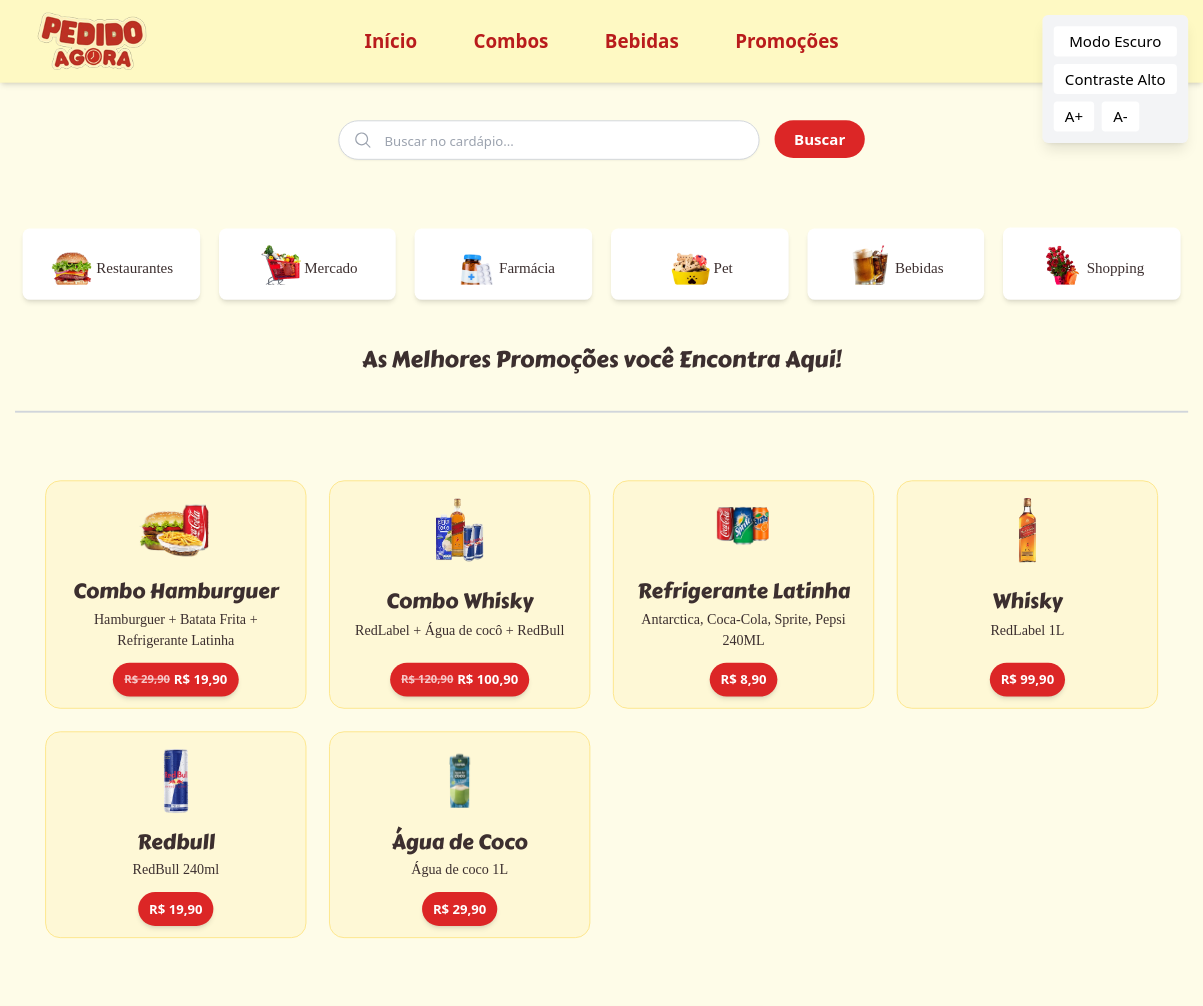
Repository: edufilhocruz/pedidoagora
Page: /pagePromocoes
An editor plug-in stored every save of this project. The page is shown before and after the next save, followed by the edit.
The browser window is 1280 px wide. The pictures show the whole page, at 94% of full size.
Some web fonts or font styles are not loaded; a fallback is used. The project was rebuilt for these pictures with package versions that can differ from the ones it lists, and the page was loaded fresh each time. The framework's server and built-in components were replaced by stand-ins that run in the browser. Also part of the build but not shown: next.config.mjs, src/components/CardsRestaurantes.jsx.

Above is the page before, as saved 2025-06-21 20:54:23.

### src/app/layout.jsx
import "../app/globals.css";
import ThemeAndAccessibility from "../components/ThemeAndAccessibility";

export const metadata = {
  title: "Pedido Agora",
  description: "Faça seu pedido agora!",
};

export default function RootLayout({ children }) {
  return (
    <html lang="pt-BR" suppressHydrationWarning>
      <head>
        <link
          href="https://fonts.googleapis.com/css2?family=Quicksand:wght@400&family=Carter+One&family=RocknRoll+One&family=Paytone+One&family=Inter:wght@400;700&display=swap"
          rel="stylesheet"
        />
      </head>
      <body className="antialiased bg-yellow-50 text-black dark:bg-gray-900 dark:text-white">
        <ThemeAndAccessibility />
        {children}
      </body>
    </html>
  );
}

### src/app/pagePromocoes/page.jsx
'use client';

import PagePromocoes from '../../components/PagePromocoes/PagePromocoes';
import Header from '../../components/Header';

export default function pagePromocoes(){
    return(
        <main>
            <Header/>
            <PagePromocoes/>
        </main>
    )
}

### src/app/globals.css
@import url("https://fonts.googleapis.com/css2?family=Carter+One&family=Inter:wght@500&family=Lisu+Bosa&family=Paytone+One&family=Quicksand:wght@400;500&family=RocknRoll_One&family=Roboto:wght@500;600&family=Squada+One&display=swap");

@tailwind base;
@tailwind components;
@tailwind utilities;

body {
  margin: 0;
  padding: 0;
}

.login {
  background-image: url("/images/background-pattern.png");
  background-repeat: repeat;
  background-color: #eedd97;
  transition: background-color 0.3s, color 0.3s;
}
.cadastroform {
  background-image: url("/images/background-pattern.png");
  background-repeat: repeat;
  background-color: #eedd97;
  transition: background-color 0.3s, color 0.3s;
}
.space-y-50 > * + * {
  margin-top: 50px;
}

/* Outras personalizações, se necessário */
.focus\:outline-none:focus {
  outline: 2px solid transparent;
}

input[type="range"] {
  -webkit-appearance: none;
  appearance: none;
  height: 12px;
  border-radius: 6px;
  outline: none;
}

input[type="range"]::-webkit-slider-thumb {
  -webkit-appearance: none;
  appearance: none;
  width: 36.48px;
  height: 40.54px;
  background: #ef2a39;
  border: 3px solid #ffffff;
  box-shadow: 0px 2px 25px rgba(255, 153, 0, 0.25);
  border-radius: 4px;
  cursor: pointer;
}

input[type="range"]::-moz-range-thumb {
  width: 36.48px;
  height: 40.54px;
  background: #ef2a39;
  border: 3px solid #ffffff;
  box-shadow: 0px 2px 25px rgba(255, 153, 0, 0.25);
  border-radius: 4px;
  cursor: pointer;
}

.no-scrollbar::-webkit-scrollbar {
  display: none;
}

.no-scrollbar {
  -ms-overflow-style: none;
  scrollbar-width: none;
}

### src/components/ThemeAndAccessibility.jsx
'use client';

import { useEffect, useState } from 'react';

export default function ThemeAndAccessibility() {
  const [isDarkMode, setIsDarkMode] = useState(false);
  const [highContrast, setHighContrast] = useState(false);
  const [fontSize, setFontSize] = useState(100); // em %

  const toggleDarkMode = () => {
    const newMode = !isDarkMode;
    setIsDarkMode(newMode);
    document.documentElement.classList.toggle('dark', newMode);
  };

  const toggleHighContrast = () => {
    const newContrast = !highContrast;
    setHighContrast(newContrast);
    document.documentElement.classList.toggle('high-contrast', newContrast);
  };

  const increaseFontSize = () => {
    const newSize = fontSize + 10;
    setFontSize(newSize);
    document.documentElement.style.fontSize = `${newSize}%`;
  };

  const decreaseFontSize = () => {
    const newSize = Math.max(80, fontSize - 10);
    setFontSize(newSize);
    document.documentElement.style.fontSize = `${newSize}%`;
  };

  // Reset para garantir que a fonte seja aplicada na primeira renderização
  useEffect(() => {
    document.documentElement.style.fontSize = `${fontSize}%`;
  }, [fontSize]);

  return (
    <div className="fixed top-4 right-4 z-50 flex flex-col space-y-2 bg-gray-100 dark:bg-gray-800 p-3 rounded-md shadow-lg">
      <button
        onClick={toggleDarkMode}
        className="bg-white dark:bg-gray-700 text-black dark:text-white px-3 py-1 rounded hover:bg-gray-200 dark:hover:bg-gray-600"
      >
        {isDarkMode ? 'Modo Claro' : 'Modo Escuro'}
      </button>
      <button
        onClick={toggleHighContrast}
        className="bg-white dark:bg-gray-700 text-black dark:text-white px-3 py-1 rounded hover:bg-gray-200 dark:hover:bg-gray-600"
      >
        {highContrast ? 'Contraste Normal' : 'Contraste Alto'}
      </button>
      <div className="flex space-x-2">
        <button
          onClick={increaseFontSize}
          className="bg-white dark:bg-gray-700 text-black dark:text-white px-3 py-1 rounded hover:bg-gray-200 dark:hover:bg-gray-600"
        >
          A+
        </button>
        <button
          onClick={decreaseFontSize}
          className="bg-white dark:bg-gray-700 text-black dark:text-white px-3 py-1 rounded hover:bg-gray-200 dark:hover:bg-gray-600"
        >
          A-
        </button>
      </div>
    </div>
  );
}

### src/components/PagePromocoes/PagePromocoes.jsx
import { MagnifyingGlassIcon } from '@heroicons/react/24/solid';
import Cards from '../CardsRestaurantes';
import CardsPromocoes from '../PagePromocoes/CardsPromocoes';
import SideBarHeader from '../SideBarHeader';

export default function PopularItems() {

  return (
    <section className="max-w-7xl mx-auto px-4 py-10">
      {/* Barra de Pesquisa */}
      <div className="flex justify-center mb-8">
        <div className="relative w-full max-w-md">
          <MagnifyingGlassIcon className="absolute left-4 top-1/2 transform -translate-y-1/2 text-gray-400 w-5 h-5" />
          <input
            type="text"
            placeholder="Buscar no cardápio..."
            className="w-full pl-12 pr-4 py-2 rounded-full border border-gray-300 shadow-sm focus:outline-none focus:ring-2 focus:ring-red-400 focus:border-transparent placeholder:text-sm"
          />

        </div>
        <div className='ml-4'>
          <button className=" w-24 bg-red-600 text-white font-semibold py-2 rounded-full hover:bg-red-700 transition-colors">
            Buscar
          </button>
        </div>
      </div>

      <div className="mt-16">
        <SideBarHeader/>
      </div>

      <div className="mt-10">
        <h2 className="text-[#3C2F2F] font-['Carter_One'] text-[24px] leading-tight text-center mb-10">
          As Melhores Promoções você Encontra Aqui!
        </h2>
        <hr class="my-10 border-t-2 border-gray-300"></hr>
      </div>
      <div className="">
        <CardsPromocoes/>
      </div>
    </section>
  );
}

### src/components/Header.jsx
'use client';
import { useState } from 'react';
import { Bars3Icon } from '@heroicons/react/24/outline';
import Link from 'next/link';
//import ThemeAndAccessibility from './ThemeAndAccessibility';

export default function Header() {
  const [menuOpen, setMenuOpen] = useState(false);
  const toggleMenu = () => setMenuOpen(!menuOpen);

  return (
    <header className="px-6 py-3 bg-yellow-100 shadow-md">
      <div className="relative flex items-center justify-between h-16 mx-auto max-w-7xl">

        {/* Left: Mobile Menu Icon + Logo */}
        <div className="flex items-center space-x-4 lg:flex-1">
          {/* Mobile menu button */}
          <button onClick={toggleMenu} className="block lg:hidden" aria-label="Abrir menu">
            <Bars3Icon className="w-6 h-6 text-red-700" />
          </button>

          {/* Logo (visível sempre) */}
          <Link href="/" className="flex items-center">
            <img
              src="/images/logo.png"
              alt="Pedido Agora"
              className="w-auto h-16"
            />
          </Link>
        </div>

        {/* Center: Desktop Menu */}
        <nav className="hidden lg:flex justify-center items-center space-x-[60px] text-red-700 font-semibold text-xl">
          <a href="/restaurantes">Início</a>
          <a href="/pageCombo">Combos</a>
          <a href="/pageBebidas">Bebidas</a>
          <a href="/pagePromocoes">Promoções</a>
        </nav>

        {/* Right: User Icon */}
        <div className="flex items-center justify-end lg:flex-1">
          <Link href="/login">
          <button className="py-4 font-semibold text-white transition-colors bg-red-600 rounded-md w-28 hover:bg-red-700">
            Entrar
          </button>
          </Link>
          {/* <ThemeAndAccessibility/> */}
        </div>


      </div>

      {/* Mobile dropdown menu */}
      {menuOpen && (
        <div className="flex flex-col mt-4 space-y-2 font-semibold text-center text-red-700 lg:hidden">
          <a href="/restaurantes" onClick={toggleMenu}>Início</a>
          <a href="/pageCombo" onClick={toggleMenu}>Combos</a>
          <a href="/pageBebidas" onClick={toggleMenu}>Bebidas</a>
          <a href="/pagePromocoes" onClick={toggleMenu}>Promoções</a>
        </div>
      )}
    </header>
  );
}

### src/components/PagePromocoes/CardsPromocoes.jsx

import Link from "next/link";


export default function CardsPromocoes(){
    const items = [
   {
        id: "customize-cheeseburger",
        name: "Combo Hamburguer",
        description: "Hamburguer + Batata Frita + Refrigerante Latinha",
        originalPrice: "R$ 29,90",
        discountPrice: "R$ 19,90",
        image: "/images/combo-hamburger.png"
    },
    {
        id:'combo_de_Bebidas',
        name: 'Combo Whisky',
        description: 'RedLabel + Água de cocô + RedBull',
        originalPrice: "R$ 120,90",
        discountPrice: "R$ 100,90",
        image: "/images/comboBebidas.png"
    },
    {
        id:'RefrigeranteLata',
        name: 'Refrigerante Latinha',
        description: 'Antarctica, Coca-Cola, Sprite, Pepsi 240ML ',
        price: 'R$ 8,90',
        image: '/images/RefrigeranteLata.png'
    },
    {
        id: 'Whisky',
        name: 'Whisky',
        description: 'RedLabel 1L ',
        price: 'R$ 99,90',
        image: '/images/Whisky.png',
    },
    {
        id: 'RedBull',
        name: 'Redbull',
        description: 'RedBull 240ml ',
        price: 'R$ 19,90',
        image: '/images/Redbull.png',
    },
    {
        id: 'Agua de Coco',
        name: 'Água de Coco',
        description: 'Água de coco 1L ',
        price: 'R$ 29,90',
        image: '/images/aguadecoco.png',
    },
    ];


    return(
        <div className="grid grid-cols-1 sm:grid-cols-2 md:grid-cols-3 lg:grid-cols-4 gap-6 p-4 md:p-8">
    {items.map((item, index) => (
        <div
            key={index}
            className="flex justify-center items-center"
        >
            <div className="flex flex-col items-center p-3 bg-amber-200/20 rounded-2xl border border-amber-200 h-full w-full max-w-xs">
                <img
                src={item.image}
                alt={item.name}
                className="mb-3 w-20 h-20 object-contain"
                width={100}
                height={100}
                />
                <div className="text-center flex-grow flex flex-col justify-center">
                    <h3 className="text-[#3C2F2F] font-['Carter_One'] text-[22px] leading-tight mb-1">
                        {item.name}
                    </h3>
                    <p className="text-[#3C2F2F] font-['RocknRoll_One'] text-[15px]">
                        {item.description}
                    </p>
                </div>
                <div className="mt-3">
                    <Link key={index} href={`/${item.id}`}>
                        <button className="bg-red-600 text-white font-bold py-2 px-3 rounded-full shadow-md text-sm flex items-center justify-center space-x-1">
                            {item.originalPrice && (
                                <span className="line-through opacity-75 text-xs">
                                    {item.originalPrice}
                                </span>
                            )}
                            <span>{item.discountPrice || item.price}</span>
                        </button>
                    </Link>
                </div>
            </div>
        </div>
    ))}
</div>
    )
}

### src/components/SideBarHeader.jsx
'use client';

import Image from 'next/image';

export default function SideBarHeader (){
    const items = [
    {
        nome: 'Restaurantes',
        image: '/images/Restaurantes.png',

    },
    {
        nome: 'Mercado',
        image: '/images/Mercado.png',
    },
    {
        nome: 'Farmácia',
        image: '/images/Farmácia.png',
    },
    {
        nome: 'Pet',
        image:'/images/Pet.png',
    },
    {
        nome: 'Bebidas',
        image: '/images/Bebidas.png',
    },
    {
        nome: 'Shopping',
        image: '/images/Shopping.png',
    }
];
    return(
        <div>
                <div className='p-2 gap-5 grid-cols-2  grid md:grid-cols-3 lg:grid-cols-6 justify-center items-center'>
                    {/* <CardContent className=" gap-5 sm:grid-cols-2 md:grid md:grid-cols-3 lg:grid-cols-6 justify-center items-center"> */}
                    {items.map((item, index)=> (
                        <div
                        key={index}
                        className='m-2 lg:m-0 '>
                            <div className=" flex justify-center items-center  bg-white shadow-md rounded-lg p-4 hover:shadow-lg transition duration-300 delay-50 hover:scale-105">
                                <Image
                                src={item.image}
                                alt={item.nome}
                                width={50}
                                height={50}
                                className=" object-cover rounded-lg"
                                />
                                <p className="text-[#3C2F2F] font-['RocknRoll_One'] text-[16px] text-center mt-2">{item.nome}</p>
                                </div>
                            </div>
                    ))}
                </div>
        </div>
    )
};

### tailwind.config.js
/** @type {import('tailwindcss').Config} */
module.exports = {
  // Configuração do darkMode
  darkMode: ["class"],

  content: [
    './src/pages/**/*.{js,ts,jsx,tsx,mdx}',
    './src/components/**/*.{js,ts,jsx,tsx,mdx}',
    './src/app/**/*.{js,ts,jsx,tsx,mdx}',
  ],
  theme: {
    extend: {
      // Cores que a página de pagamento precisa
      colors: {
        'custom-stone': '#3C2F2F',
        'custom-zinc': '#7D7D7D',
        'custom-red-dark': '#C01E1E',
        'custom-red': '#D62424',
        'custom-red-light': '#EF2A39',
        'custom-gray-light': '#F0F0F0',
        'custom-gray-bg': '#F3F4F6',
        'custom-orange': '#FC8A18',
      },
      // TODAS as fontes
      fontFamily: {
        inter: ['Inter', 'sans-serif'],
        quicksand: ['Quicksand', 'sans-serif'],
        rocknroll: ['RocknRoll_One', 'sans-serif'],
        poppins: ['Poppins', 'sans-serif'],
        roboto: ['Roboto', 'sans-serif'],
        paytone: ['"Paytone One"', 'sans-serif'],
      },
    },
  },
  plugins: [],
};

After the next save:
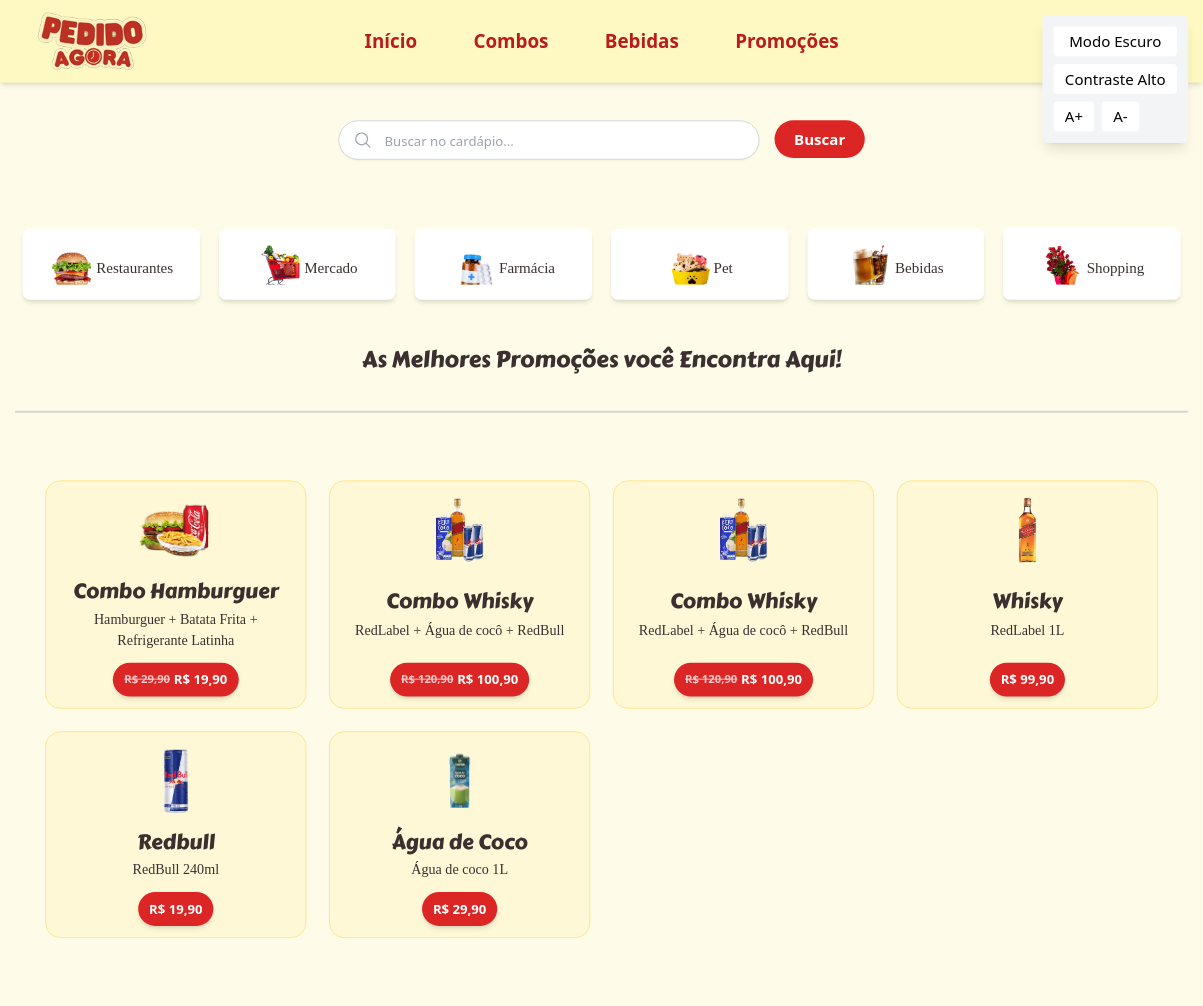
Saved 51 s later.
--- a/src/components/PagePromocoes/CardsPromocoes.jsx
+++ b/src/components/PagePromocoes/CardsPromocoes.jsx
@@ -21,11 +21,12 @@
         image: "/images/comboBebidas.png"
     },
     {
-        id:'RefrigeranteLata',
-        name: 'Refrigerante Latinha',
-        description: 'Antarctica, Coca-Cola, Sprite, Pepsi 240ML ',
-        price: 'R$ 8,90',
-        image: '/images/RefrigeranteLata.png'
+        id:'combo_de_Bebidas',
+        name: 'Combo Whisky',
+        description: 'RedLabel + Água de cocô + RedBull',
+        originalPrice: "R$ 120,90",
+        discountPrice: "R$ 100,90",
+        image: "/images/comboBebidas.png"
     },
     {
         id: 'Whisky',
